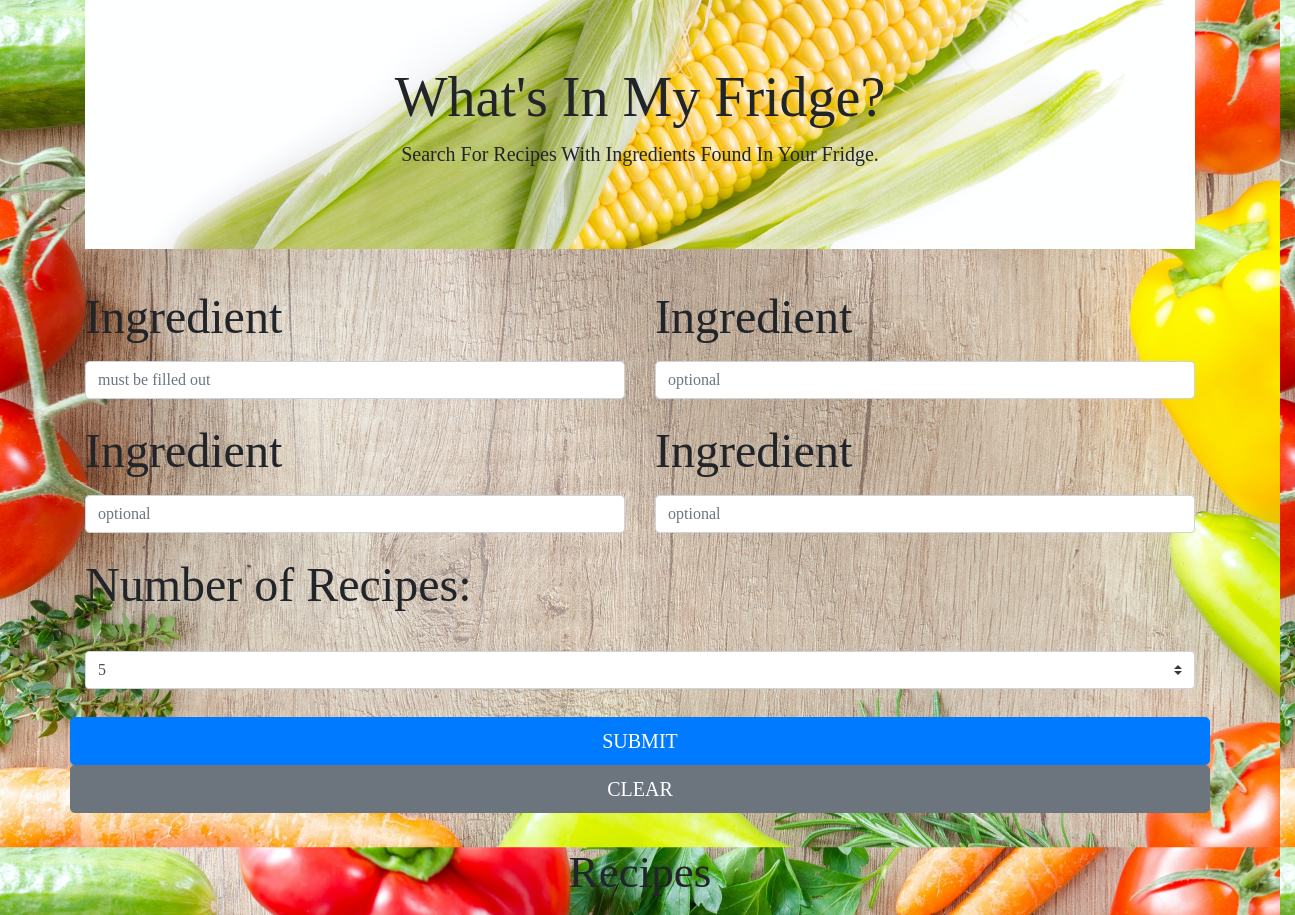
Repository: ogipajic/Recipe_API
Page: index.html
An editor plug-in stored every save of this project. The page is shown before and after the next save, followed by the edit.
The browser window is 1280 px wide. The page is 1295 px wide, then 1280 px, so the pictures cover 1295 px, including what lies to the right of the window. The pictures show the whole page.
The page's requests for data from a server got no answer. Backgrounds fixed to the window are drawn as part of the page. Some web fonts or font styles are not loaded; a fallback is used.

Above is the page before, as saved 2020-07-12 16:17:07.

### index.html
<!DOCTYPE html>
<html lang="en">
<head>
    <meta charset="UTF-8">
    <meta name="viewport" content="width=device-width, initial-scale=1.0">
    <script
  src="https://code.jquery.com/jquery-3.5.1.min.js"
  integrity="sha256-9/aliU8dGd2tb6OSsuzixeV4y/faTqgFtohetphbbj0="
  crossorigin="anonymous"></script>

  <link rel="stylesheet" href="https://stackpath.bootstrapcdn.com/bootstrap/4.5.0/css/bootstrap.min.css" integrity="sha384-9aIt2nRpC12Uk9gS9baDl411NQApFmC26EwAOH8WgZl5MYYxFfc+NcPb1dKGj7Sk" crossorigin="anonymous">
  <link rel="stylesheet" href="stylesheet.css">
  <link href="https://fonts.googleapis.com/css2?family=Annie+Use+Your+Telescope&family=Lemon&display=swap" rel="stylesheet">

  <title>What's In My Fridge?</title>

  <!-- Fixes issue of text extending past card length-->

  <style>
      .card-body a {
          word-break: break-all;
      }

      .recipeHeadLine {
          line-height: 1.5;
      }
  </style>
</head>
<body>
    <div class="container">
        <div class="jumbotron jumbotron-fluid">
            <div class="img"></div>
            <div class="container">
              <h1 class="display-4">What's In My Fridge?</h1>
              <p class="lead">Search For Recipes With Ingredients Found In Your Fridge.</p>
            </div>
          </div>

     <form>
          <div class="row">
              <div class="col-sm-6">
        <div class="form-group">
          <label for="exampleFormControlInput1">Ingredient</label>
          <input type="text" class="form-control" id="exampleFormControlInput1" placeholder="must be filled out">
        </div>
              </div>
              <div class="col-sm-6">
        <div class="form-group">
            <label for="exampleFormControlInput1">Ingredient</label>
            <input type="text" class="form-control" id="exampleFormControlInput1" placeholder="optional">
          </div>
          </div>
        </div>
        <div class="row">
            <div class="col-sm-6">
          <div class="form-group">
            <label for="exampleFormControlInput1">Ingredient</label>
            <input type="text" class="form-control" id="exampleFormControlInput1" placeholder="optional">
          </div>
        </div>
        <div class="col-sm-6">
          <div class="form-group">
            <label for="exampleFormControlInput1">Ingredient</label>
            <input type="text" class="form-control" id="exampleFormControlInput1" placeholder="optional">
          </div>
          </div>
          </div>
        </div>
      </form>


    <div class="container">
        <div class="form-group">
            <label for="pwd">Number of Recipes:</label>
            <select id="article-count" class="custom-select" aria-labelledby="dropdownMenuButton">
              <option selected value="1">1</option>
              <!-- Setting the option for 5 as default -->
              <option value="5" selected>5</option>
              <option value="10">10</option>
            </select>
          </div>

        <div class="row">
            <!--Using type="submit" allows the user to hit enter as well as click submit-->

            <button type="submit" id="getRecipe" class="btn btn-primary btn-lg btn-block">SUBMIT</button>
            <p id="results"></p>
            <button type="button" id="clearBtn" class="btn btn-secondary btn-lg btn-block">CLEAR</button>
            </div>
        </div>
    </div>

    <div class="row">
        <div class="col-lg-12">
            <div class="panel panel-default">
                <div class="panel-heading">
                    <h3 class="panel-title">Recipes</h3>
                      <div class="results">
                        <ul class="results_list"></ul>
                      </div>
                </div>
                <div class="panel-body">
                    <div class="well">

                    </div>
                </div>
            </div>
        </div>







 <script src="script.js"></script>
 <script src="ncscript.js"></script>
 <script src="https://ajax.googleapis.com/ajax/libs/jquery/3.4.1/jquery.min.js"></script>
 <script src="https://code.jquery.com/jquery-3.5.1.slim.min.js" integrity="sha384-DfXdz2htPH0lsSSs5nCTpuj/zy4C+OGpamoFVy38MVBnE+IbbVYUew+OrCXaRkfj" crossorigin="anonymous"></script>
 <script src="https://cdn.jsdelivr.net/npm/popper.js@1.16.0/dist/umd/popper.min.js" integrity="sha384-Q6E9RHvbIyZFJoft+2mJbHaEWldlvI9IOYy5n3zV9zzTtmI3UksdQRVvoxMfooAo" crossorigin="anonymous"></script>
 <script src="https://stackpath.bootstrapcdn.com/bootstrap/4.5.0/js/bootstrap.min.js" integrity="sha384-OgVRvuATP1z7JjHLkuOU7Xw704+h835Lr+6QL9UvYjZE3Ipu6Tp75j7Bh/kR0JKI" crossorigin="anonymous"></script>
</body>
</html>

### stylesheet.css
/* Body font style and font size */
body {
    font-size: 3rem;
    font-family: 'Annie Use Your Telescope', cursive;
    background-image: url(Assets/carrots-food-fresh-freshness-616404.jpg);
    background-position: center center;
    background-repeat: no-repeat;
    background-attachment: fixed;
    background-size: cover;
}

/* Font and image within jumbotron */
.jumbotron {
    text-align: center;
    font-family: 'Annie Use Your Telescope', cursive;
    background: url(Assets/agriculture-bright-cereal-close-up-547263.jpg);
    background-position: center center;
    background-size: cover;
}

/* Search Results Text */
.panel-heading {
    margin-top: 2rem;
    text-align: center;
}

/* Results Area -XXXX */
.panel-body {
    text-align: center;
}

.panel-title {
    font-size: 45px;
}

.card-header {
    text-align: center;
}


  @media screen and (max-width: 768px) {
    .container {
      width:100%;
      margin:0;
      border-radius:0;

    }
  }

### ncscript.js
$(document).ready(function() {
    console.log("Lets Eat!");
});


// Search Parameters

var title = null;
var thumbnailURL = null;
var ingredient = null;
var credits = null;
var measurements = null;

//Functions



var settings = {
	"async": true,
	"crossDomain": true,
	"url": "https://tasty.p.rapidapi.com/recipes/list?tags=under_30_minutes&q=kale&from=0&sizes=20",
	"method": "GET",
	"headers": {
		"x-rapidapi-host": "tasty.p.rapidapi.com",
		"x-rapidapi-key": "ac032b7765msh7b7ea8d251892bbp18630ejsnfccfef5696ae"
	}
}

$.ajax(settings).done(function (response) {
	console.log(response);

	document.getElementById
});

Loaded but not shown: script.js (no stored copy; drawn as an empty file)

After the next save:
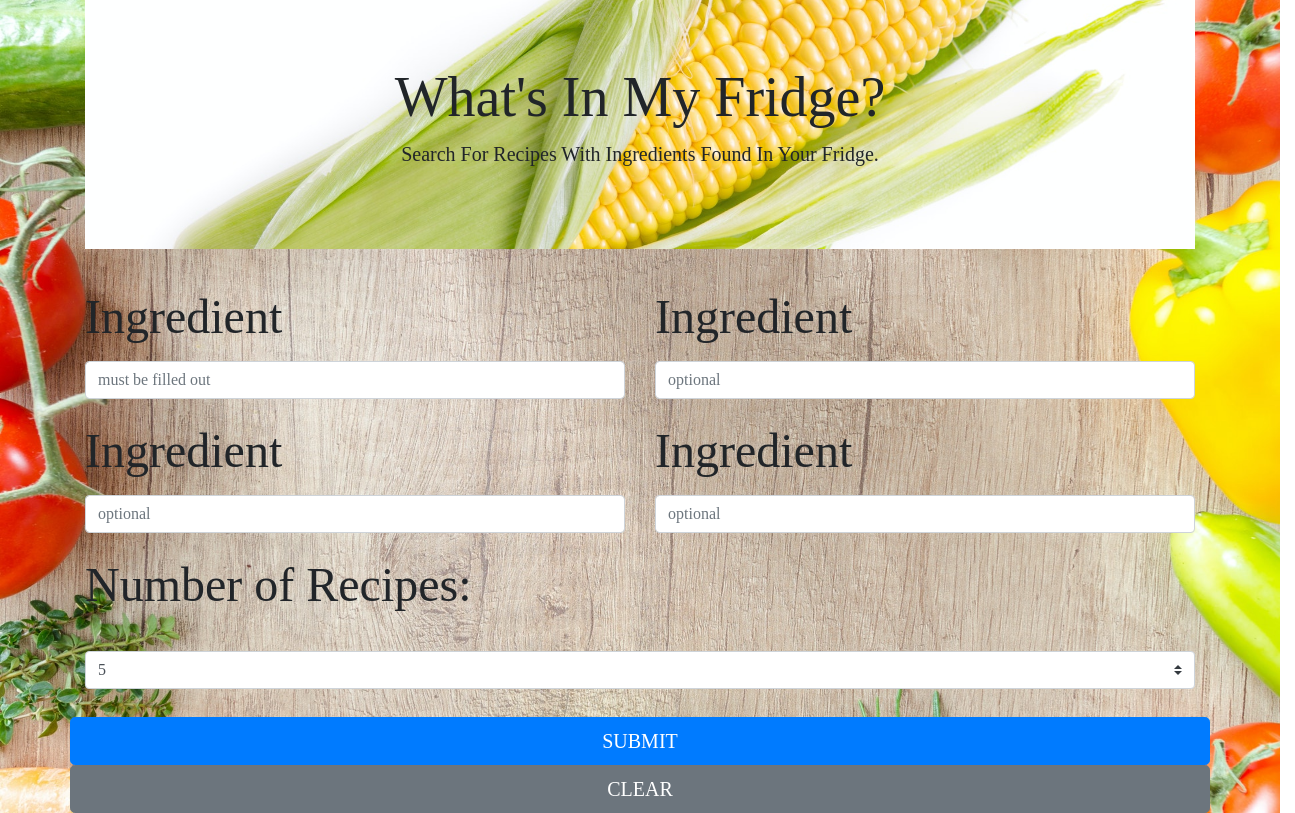
Saved 3 min 50 s later.
--- a/index.html
+++ b/index.html
@@ -90,26 +90,6 @@
         </div>
     </div>
 
-    <div class="row">
-        <div class="col-lg-12">
-            <div class="panel panel-default">
-                <div class="panel-heading">
-                    <h3 class="panel-title">Recipes</h3>
-                      <div class="results">
-                        <ul class="results_list"></ul>
-                      </div>
-                </div>
-                <div class="panel-body">
-                    <div class="well">
-
-                    </div>
-                </div>
-            </div>
-        </div>
-
-
-
-
 
 
 
